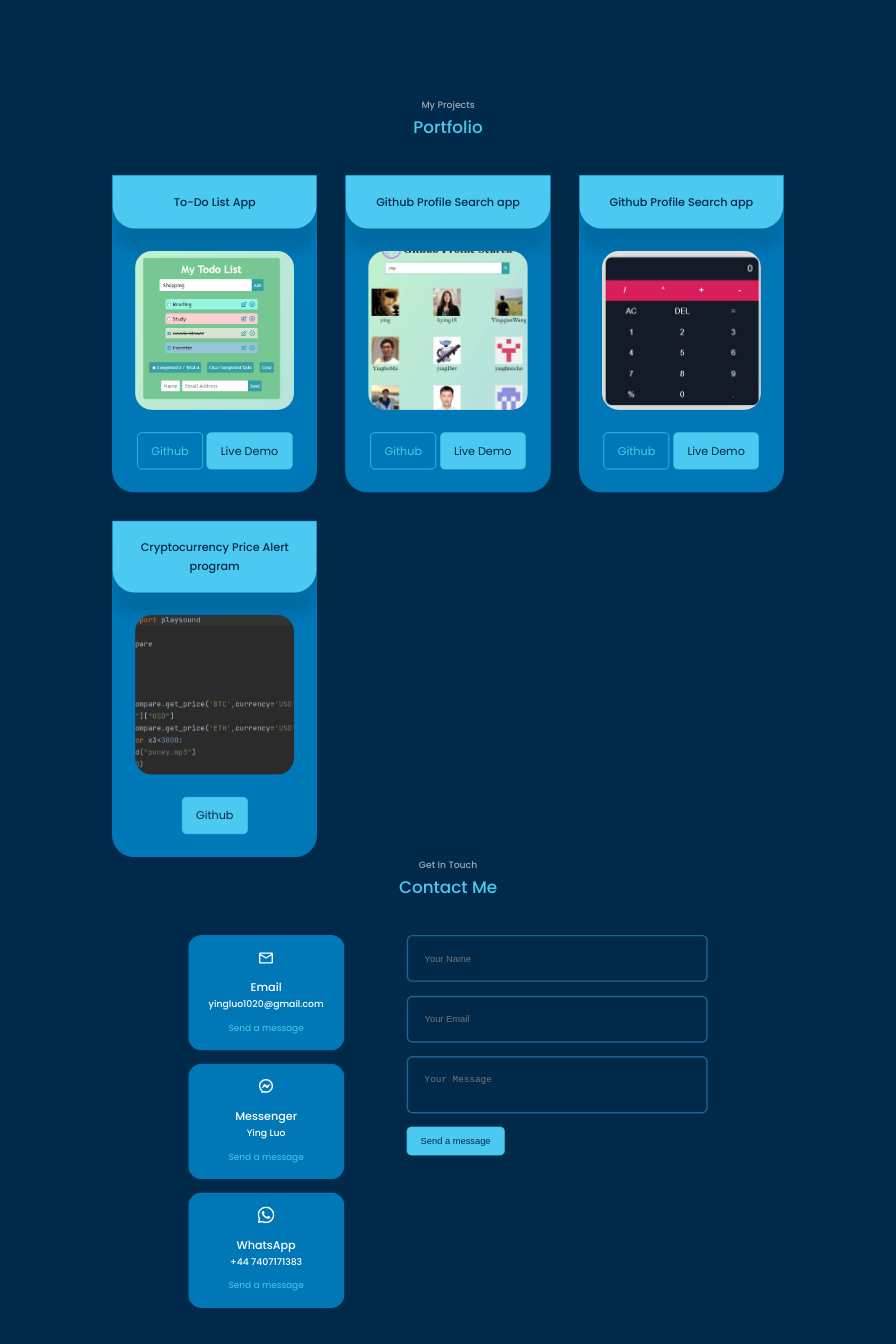
Repository: yingluo1020/react-portfolio-website
Page: /
These files come from the project's save history. The page is drawn as it stood at one moment and after the next save; the edit follows.
The browser window is 1280 px wide. The pictures show the part of the page from y = 1741 to 3661 px (the page is 4109 px tall before and 4415 px after), at 70% of full size.
The project was rebuilt for these pictures with package versions that can differ from the ones it lists, and the page was loaded fresh each time. Imported but missing from the stored project, and not drawn on this page: src/assets/YingLuo-resume.pdf.

Above is the page before, as saved 2022-03-16 14:02:53.

After the next save:
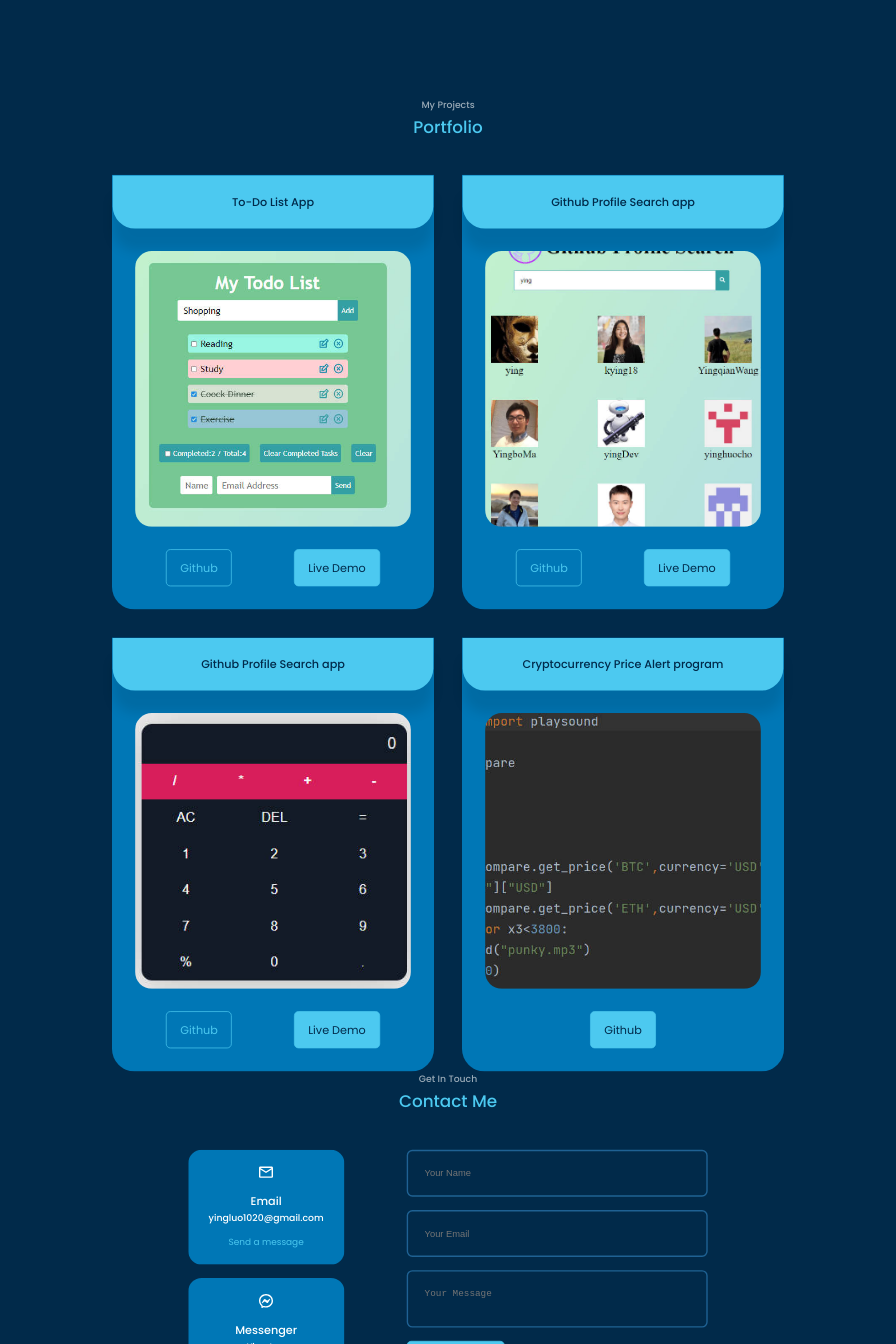
Saved 7 s later.
--- a/src/components/portfolio/portfolio.css
+++ b/src/components/portfolio/portfolio.css
@@ -1,6 +1,6 @@
 .portfolio_container{
     display: grid;
-    grid-template-columns: repeat(3,1fr);
+    grid-template-columns: repeat(2,1fr);
     gap: 2.5rem;
 }
 
